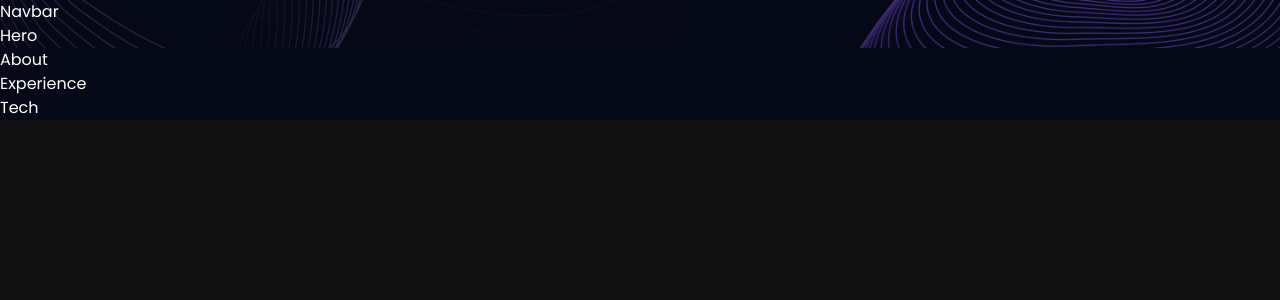
Repository: david-vizena/3d-portfolio
Page: /
An editor plug-in stored every save of this project. The page is shown before and after the next save, followed by the edit.
The browser window is 1280 px wide. The pictures show the whole page.
The project was rebuilt for these pictures with package versions that can differ from the ones it lists, and the page was loaded fresh each time. Also part of the build but not shown: vite.config.js, src/components/canvas/Earth.jsx, src/components/canvas/Ball.jsx, src/components/canvas/Computers.jsx.

Above is the page before, as saved 2023-03-30 11:58:39.

### src/App.jsx
import { BrowserRouter } from 'react-router-dom';
import {
	About,
	Contact,
	Experience,
	Feedbacks,
	Hero,
	Navbar,
	Tech,
	Works,
	StarsCanvas,
} from './components';

const App = () => {
	return (
		<div>
			<BrowserRouter>
				<div className='relative z-0 bg-primary'>
					<div className='bg-hero-pattern bg-cover bg-no-repeat bg-center'>
						<Navbar />
						<Hero />
					</div>
					<About />
					<Experience />
					<Tech />
				</div>
			</BrowserRouter>
		</div>
	);
};

export default App;

### src/index.css
@import url('https://fonts.googleapis.com/css2?family=Poppins:wght@100;200;300;400;500;600;700;800;900&display=swap');

@tailwind base;
@tailwind components;
@tailwind utilities;

* {
	margin: 0;
	padding: 0;
	box-sizing: border-box;
	font-family: 'Poppins', sans-serif;
	scroll-behavior: smooth;
	color-scheme: dark;
}

.hash-span {
	margin-top: -100px;
	padding-bottom: 100px;
	display: block;
}

.black-gradient {
	background: #000000; /* fallback for old browsers */
	background: -webkit-linear-gradient(
		to right,
		#434343,
		#000000
	); /* Chrome 10-25, Safari 5.1-6 */
	background: linear-gradient(
		to right,
		#434343,
		#000000
	); /* W3C, IE 10+/ Edge, Firefox 16+, Chrome 26+, Opera 12+, Safari 7+ */
}

.violet-gradient {
	background: #804dee;
	background: linear-gradient(-90deg, #804dee 0%, rgba(60, 51, 80, 0) 100%);
	background: -webkit-linear-gradient(
		-90deg,
		#804dee 0%,
		rgba(60, 51, 80, 0) 100%
	);
}

.green-pink-gradient {
	background: '#00cea8';
	background: linear-gradient(90.13deg, #00cea8 1.9%, #bf61ff 97.5%);
	background: -webkit-linear-gradient(-90.13deg, #00cea8 1.9%, #bf61ff 97.5%);
}

.orange-text-gradient {
	background: #f12711; /* fallback for old browsers */
	background: -webkit-linear-gradient(
		to top,
		#f12711,
		#f5af19
	); /* Chrome 10-25, Safari 5.1-6 */
	background: linear-gradient(
		to top,
		#f12711,
		#f5af19
	); /* W3C, IE 10+/ Edge, Firefox 16+, Chrome 26+, Opera 12+, Safari 7+ */
	-webkit-background-clip: text;
	-webkit-text-fill-color: transparent;
}

.green-text-gradient {
	background: #11998e; /* fallback for old browsers */
	background: -webkit-linear-gradient(
		to top,
		#11998e,
		#38ef7d
	); /* Chrome 10-25, Safari 5.1-6 */
	background: linear-gradient(
		to top,
		#11998e,
		#38ef7d
	); /* W3C, IE 10+/ Edge, Firefox 16+, Chrome 26+, Opera 12+, Safari 7+ */
	-webkit-background-clip: text;
	-webkit-text-fill-color: transparent;
}

.blue-text-gradient {
	/* background: -webkit-linear-gradient(#eee, #333); */
	background: #56ccf2; /* fallback for old browsers */
	background: -webkit-linear-gradient(
		to top,
		#2f80ed,
		#56ccf2
	); /* Chrome 10-25, Safari 5.1-6 */
	background: linear-gradient(
		to top,
		#2f80ed,
		#56ccf2
	); /* W3C, IE 10+/ Edge, Firefox 16+, Chrome 26+, Opera 12+, Safari 7+ */
	-webkit-background-clip: text;
	-webkit-text-fill-color: transparent;
}

.pink-text-gradient {
	background: #ec008c; /* fallback for old browsers */
	background: -webkit-linear-gradient(
		to top,
		#ec008c,
		#fc6767
	); /* Chrome 10-25, Safari 5.1-6 */
	background: linear-gradient(
		to top,
		#ec008c,
		#fc6767
	); /* W3C, IE 10+/ Edge, Firefox 16+, Chrome 26+, Opera 12+, Safari 7+ */
	-webkit-background-clip: text;
	-webkit-text-fill-color: transparent;
}

/* canvas- styles */
.canvas-loader {
	font-size: 10px;
	width: 1em;
	height: 1em;
	border-radius: 50%;
	position: relative;
	text-indent: -9999em;
	animation: mulShdSpin 1.1s infinite ease;
	transform: translateZ(0);
}

@keyframes mulShdSpin {
	0%,
	100% {
		box-shadow: 0em -2.6em 0em 0em #ffffff,
			1.8em -1.8em 0 0em rgba(255, 255, 255, 0.2),
			2.5em 0em 0 0em rgba(255, 255, 255, 0.2),
			1.75em 1.75em 0 0em rgba(255, 255, 255, 0.2),
			0em 2.5em 0 0em rgba(255, 255, 255, 0.2),
			-1.8em 1.8em 0 0em rgba(255, 255, 255, 0.2),
			-2.6em 0em 0 0em rgba(255, 255, 255, 0.5),
			-1.8em -1.8em 0 0em rgba(255, 255, 255, 0.7);
	}
	12.5% {
		box-shadow: 0em -2.6em 0em 0em rgba(255, 255, 255, 0.7),
			1.8em -1.8em 0 0em #ffffff, 2.5em 0em 0 0em rgba(255, 255, 255, 0.2),
			1.75em 1.75em 0 0em rgba(255, 255, 255, 0.2),
			0em 2.5em 0 0em rgba(255, 255, 255, 0.2),
			-1.8em 1.8em 0 0em rgba(255, 255, 255, 0.2),
			-2.6em 0em 0 0em rgba(255, 255, 255, 0.2),
			-1.8em -1.8em 0 0em rgba(255, 255, 255, 0.5);
	}
	25% {
		box-shadow: 0em -2.6em 0em 0em rgba(255, 255, 255, 0.5),
			1.8em -1.8em 0 0em rgba(255, 255, 255, 0.7), 2.5em 0em 0 0em #ffffff,
			1.75em 1.75em 0 0em rgba(255, 255, 255, 0.2),
			0em 2.5em 0 0em rgba(255, 255, 255, 0.2),
			-1.8em 1.8em 0 0em rgba(255, 255, 255, 0.2),
			-2.6em 0em 0 0em rgba(255, 255, 255, 0.2),
			-1.8em -1.8em 0 0em rgba(255, 255, 255, 0.2);
	}
	37.5% {
		box-shadow: 0em -2.6em 0em 0em rgba(255, 255, 255, 0.2),
			1.8em -1.8em 0 0em rgba(255, 255, 255, 0.5),
			2.5em 0em 0 0em rgba(255, 255, 255, 0.7), 1.75em 1.75em 0 0em #ffffff,
			0em 2.5em 0 0em rgba(255, 255, 255, 0.2),
			-1.8em 1.8em 0 0em rgba(255, 255, 255, 0.2),
			-2.6em 0em 0 0em rgba(255, 255, 255, 0.2),
			-1.8em -1.8em 0 0em rgba(255, 255, 255, 0.2);
	}
	50% {
		box-shadow: 0em -2.6em 0em 0em rgba(255, 255, 255, 0.2),
			1.8em -1.8em 0 0em rgba(255, 255, 255, 0.2),
			2.5em 0em 0 0em rgba(255, 255, 255, 0.5),
			1.75em 1.75em 0 0em rgba(255, 255, 255, 0.7), 0em 2.5em 0 0em #ffffff,
			-1.8em 1.8em 0 0em rgba(255, 255, 255, 0.2),
			-2.6em 0em 0 0em rgba(255, 255, 255, 0.2),
			-1.8em -1.8em 0 0em rgba(255, 255, 255, 0.2);
	}
	62.5% {
		box-shadow: 0em -2.6em 0em 0em rgba(255, 255, 255, 0.2),
			1.8em -1.8em 0 0em rgba(255, 255, 255, 0.2),
			2.5em 0em 0 0em rgba(255, 255, 255, 0.2),
			1.75em 1.75em 0 0em rgba(255, 255, 255, 0.5),
			0em 2.5em 0 0em rgba(255, 255, 255, 0.7), -1.8em 1.8em 0 0em #ffffff,
			-2.6em 0em 0 0em rgba(255, 255, 255, 0.2),
			-1.8em -1.8em 0 0em rgba(255, 255, 255, 0.2);
	}
	75% {
		box-shadow: 0em -2.6em 0em 0em rgba(255, 255, 255, 0.2),
			1.8em -1.8em 0 0em rgba(255, 255, 255, 0.2),
			2.5em 0em 0 0em rgba(255, 255, 255, 0.2),
			1.75em 1.75em 0 0em rgba(255, 255, 255, 0.2),
			0em 2.5em 0 0em rgba(255, 255, 255, 0.5),
			-1.8em 1.8em 0 0em rgba(255, 255, 255, 0.7), -2.6em 0em 0 0em #ffffff,
			-1.8em -1.8em 0 0em rgba(255, 255, 255, 0.2);
	}
	87.5% {
		box-shadow: 0em -2.6em 0em 0em rgba(255, 255, 255, 0.2),
			1.8em -1.8em 0 0em rgba(255, 255, 255, 0.2),
			2.5em 0em 0 0em rgba(255, 255, 255, 0.2),
			1.75em 1.75em 0 0em rgba(255, 255, 255, 0.2),
			0em 2.5em 0 0em rgba(255, 255, 255, 0.2),
			-1.8em 1.8em 0 0em rgba(255, 255, 255, 0.5),
			-2.6em 0em 0 0em rgba(255, 255, 255, 0.7), -1.8em -1.8em 0 0em #ffffff;
	}
}

### tailwind.config.js
/** @type {import('tailwindcss').Config} */
module.exports = {
	content: ['./src/**/*.{js,jsx}'],
	mode: 'jit',
	theme: {
		extend: {
			colors: {
				primary: '#050816',
				secondary: '#aaa6c3',
				tertiary: '#151030',
				'black-100': '#100d25',
				'black-200': '#090325',
				'white-100': '#f3f3f3',
			},
			boxShadow: {
				card: '0px 35px 120px -15px #211e35',
			},
			screens: {
				xs: '450px',
			},
			backgroundImage: {
				'hero-pattern': "url('/src/assets/herobg.png')",
			},
		},
	},
	plugins: [],
};

Loaded but not shown: index.html (common file); src/main.jsx (common file); src/components/index.js (common file); src/components/canvas/index.js (common file); src/components/Hero.jsx (common file); src/components/Navbar.jsx (common file); src/components/About.jsx (common file); src/components/Tech.jsx (common file); src/components/Experience.jsx (common file); src/components/Works.jsx (common file); src/components/Feedbacks.jsx (common file); src/components/Contact.jsx (common file); src/components/canvas/Stars.jsx (common file)

After the next save:
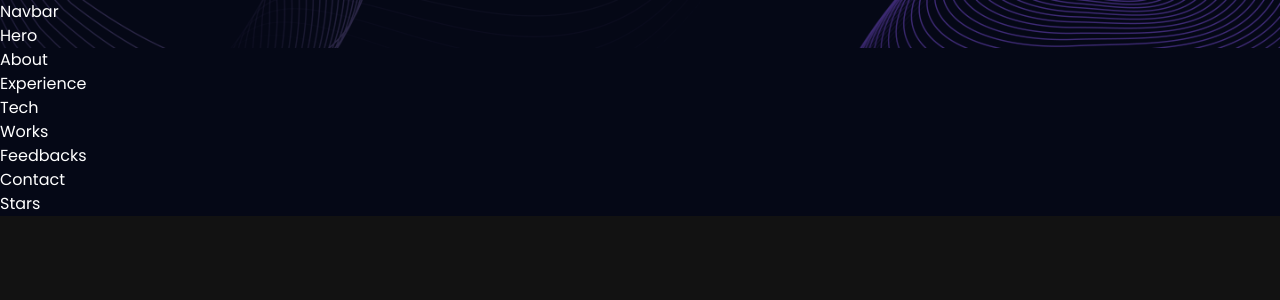
Saved 32 s later.
--- a/src/App.jsx
+++ b/src/App.jsx
@@ -23,6 +23,12 @@
 					<About />
 					<Experience />
 					<Tech />
+					<Works />
+					<Feedbacks />
+					<div className='relative z-0'>
+						<Contact />
+						<StarsCanvas />
+					</div>
 				</div>
 			</BrowserRouter>
 		</div>
